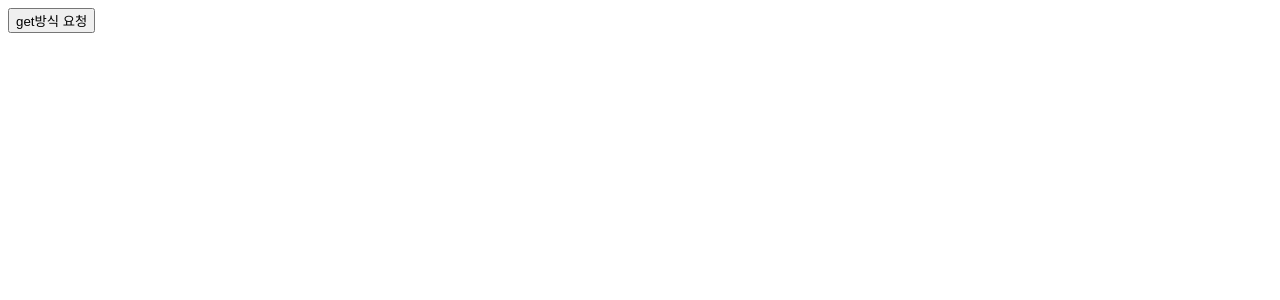
Repository: sinaboro/Jsp_202403
Page: http://localhost/web-study-02/04_method.jsp
The author's editor kept a copy of each file at every save. The page is drawn from the files as they stood at one save, then again after the next save.
The browser window is 1280 px wide. The pictures show the whole page.
The page is served by Tomcat 9.

Above is the page before, as saved 2024-02-28 03:50:42.

After the next save:
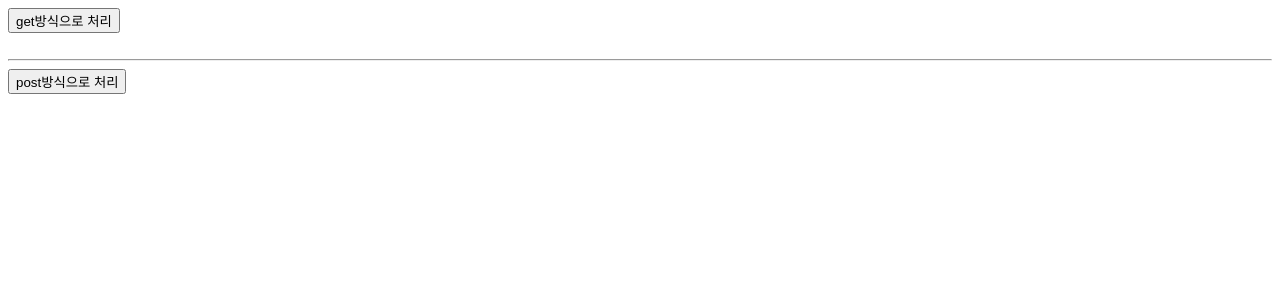
Saved 109 s later.
--- a/web-study-02/src/main/webapp/04_method.jsp
+++ b/web-study-02/src/main/webapp/04_method.jsp
@@ -7,8 +7,14 @@
 <title>Insert title here</title>
 </head>
 <body>
-	<form action="">
-		<input type="submit" value="get방식 요청">
+	<form action="MethodServlet">
+		<input type=submit value="get방식으로 처리">
 	</form>
+	<br>
+	<hr>
+	<form action="MethodServlet" method="post">
+		<input type=submit value="post방식으로 처리">
+	</form>
+
 </body>
 </html>
